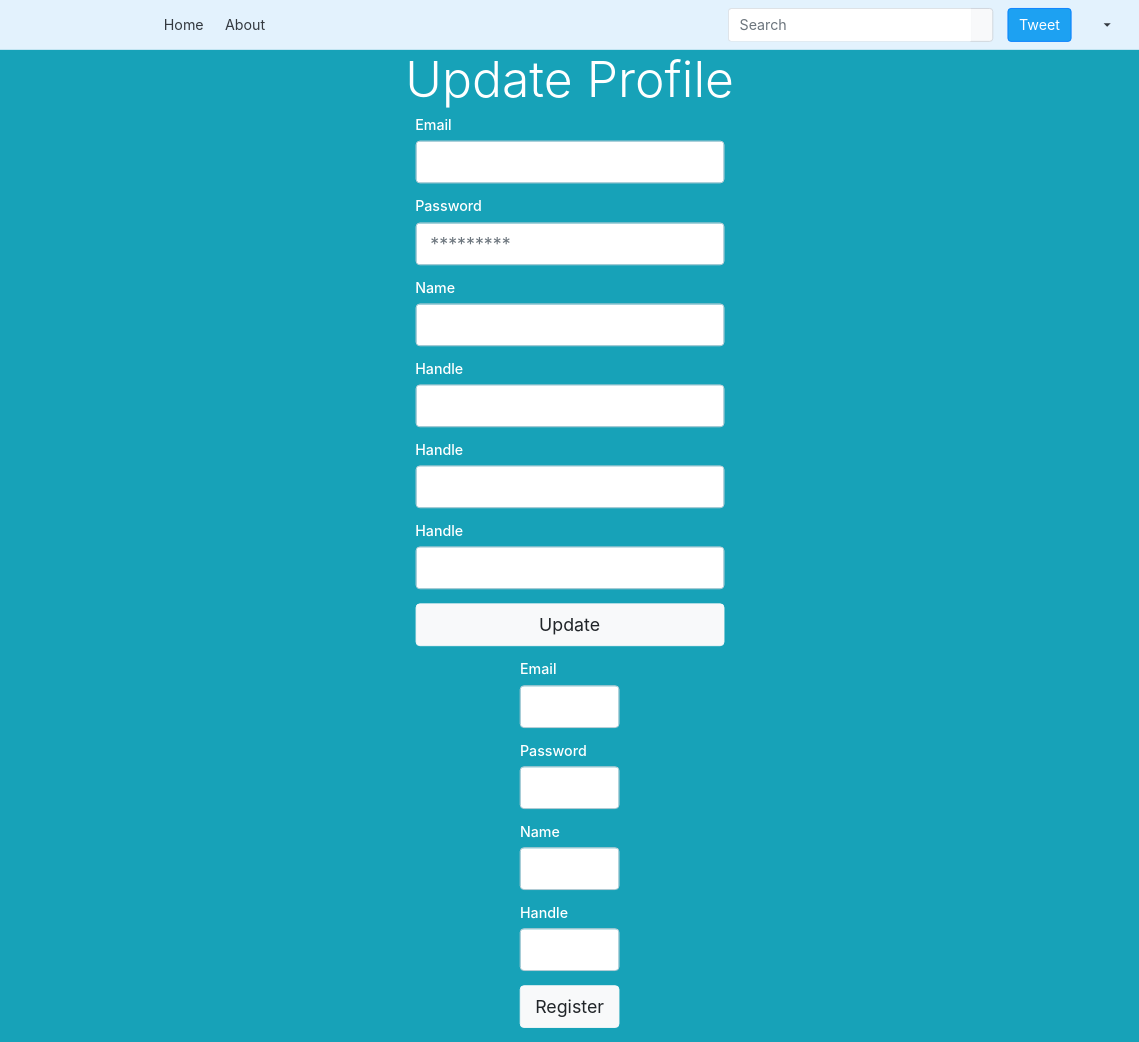
Repository: Pranit24/retweet
Page: http://localhost/Twitter/WEB-INF/views/editProfile.jsp
These files come from the project's save history. The page is drawn as it stood at one moment and after the next save; the edit follows.
The browser window is 1280 px wide. The pictures show the whole page, at 89% of full size.
The page is served by Tomcat 9. Nobody is signed in. Other server files are loaded and not shown. The template is opened directly, without the code that normally fills it, so the values that code supplies are empty.

Above is the page before, as saved 2019-04-07 02:49:49.

### twitter_clone/Twitter/src/main/webapp/WEB-INF/views/editProfile.jsp
<%@ page language="java" contentType="text/html; charset=ISO-8859-1"
    pageEncoding="ISO-8859-1"%>
    <%@taglib uri="http://java.sun.com/jsp/jstl/core" prefix="c"%>
<!DOCTYPE html>
<html>
<head>
<meta charset="ISO-8859-1">
    <title>Update Profile</title>
    <link rel="stylesheet" href="<c:url value="/resources/css/bootstrap.css" />"/>
</head>
<body class="bg-info">
<nav class="navbar navbar-expand-md navbar-navbar-light" style="background-color: #e3f2fd;">

  <div class="collapse navbar-collapse" id="navbarSupportedContent">
    <ul class="nav navbar-nav mr-auto" style="margin-left: 10em">
      <li class="nav-item active mr-2">
        <a class="nav-link  text-dark" href="/twitter/"><span class="fas fa-home"></span>Home <span class="sr-only">(current)</span></a>
      </li>
      <li class="nav-item">
        <a class="nav-link  text-dark" href="#">About</a>
      </li>

    </ul>
    <form class="form-inline">
    	<div class="input-group">
            <input class="form-control py-2 border-right-0 border" type="search" placeholder="Search" id="example-search-input">
            <span class="input-group-append">
                <div class="input-group-text bg-light">
                <i class="fa fa-search"></i>
                </div>
            </span>
        </div>
    </form>

 <form class="form-inline" action="tweet/tweet.htm" method="get">

		<button type="submit" class="btn btn-primary mx-sm-3"  style="background-color: #1DA1F2">
   		<span class="fas fa-edit"></span> Tweet
		</button>
	</form>



<a class="nav-link dropdown-toggle text-dark" href="#" id="navbarDropdownMenuLink" data-toggle="dropdown" aria-haspopup="true" aria-expanded="false">
        <c:out value="${sessionScope['user-logged'].name}"/>
        </a>
        <div class="dropdown-menu dropdown-menu-right" aria-labelledby="navbarDropdownMenuLink">
          <a class="dropdown-item" href="${pageContext.request.contextPath}/profile.htm"><i class="fas fa-user-circle"></i>Profile</a>
          <a class="dropdown-item" href="${pageContext.request.contextPath}/register/edit.htm"><i class="fas fa-cog"></i>Settings</a>
          <a class="dropdown-item" href="${pageContext.request.contextPath}signout.htm"><i class="fas fa-sign-out-alt"></i>Sign Out</a>
        </div>
  </div>
</nav>

<div class="d-flex align-items-center flex-column justify-content-center h-100 bg-info text-white " id="header">
    <h1 class="display-4">Update Profile</h1>
    <form method="post" action="${pageContext.request.contextPath}/register/edit.htm">
        <div class="form-group">
            <h6>Email</h6>
            <input class="form-control form-control-lg" name="email" placeholder="<c:out value="${sessionScope['user-logged'].email}"/>" type="text">
        </div>
        <div class="form-group">
            <h6>Password</h6>
            <input class="form-control form-control-lg" name="password" placeholder="*********" type="password">
        </div>
        <div class="form-group">
            <h6>Name</h6>
            <input class="form-control form-control-lg" name="name" placeholder="<c:out value="${sessionScope['user-logged'].name}"/>" type="text">
        </div>
        <div class="form-group">
            <h6>Handle</h6>
            <input class="form-control form-control-lg" name="handle" placeholder="<c:out value="${sessionScope['user-logged'].handle}"/>" type="text">
        </div>
        <div class="form-group">
            <h6>Handle</h6>
            <input class="form-control form-control-lg" name="handle" placeholder="<c:out value="${sessionScope['user-logged'].handle}"/>" type="text">
        </div>
        <div class="form-group">
            <h6>Handle</h6>
            <input class="form-control form-control-lg" name="handle" placeholder="<c:out value="${sessionScope['user-logged'].handle}"/>" type="text">
        </div>


        <div class="form-group">
            <button class="btn btn-light btn-lg btn-block">Update</button>
        </div>
    </form>
    <form:form action="${pageContext.request.contextPath}/register/edit.htm" method="post" modelAttribute="update">
        <div class="form-group">
        	<h6>Email</h6>
            <form:input class="form-control form-control-lg" path="email" placeholder="john.doe@gmail.com" type="text"/>
        </div>
        <div class="form-group">
        	<h6>Password</h6>
            <form:input class="form-control form-control-lg" path="password" placeholder="*******" type="password"/>
        </div>
        <div class="form-group">
            <h6>Name</h6>
            <form:input class="form-control form-control-lg" path="name" placeholder="John Doe" type="text"/>
        </div>
        <div class="form-group">
            <h6>Handle</h6>
            <form:input class="form-control form-control-lg" path="handle" placeholder="@johndoe" type="text"/>
        </div>
        <div class="form-group">
            <button class="btn btn-light btn-lg btn-block">Register</button>
        </div>
    </form:form>

</div>


</body>
</html>

Loaded but not shown: twitter_clone/Twitter/src/main/webapp/resources/css/bootstrap.css (library)

After the next save:
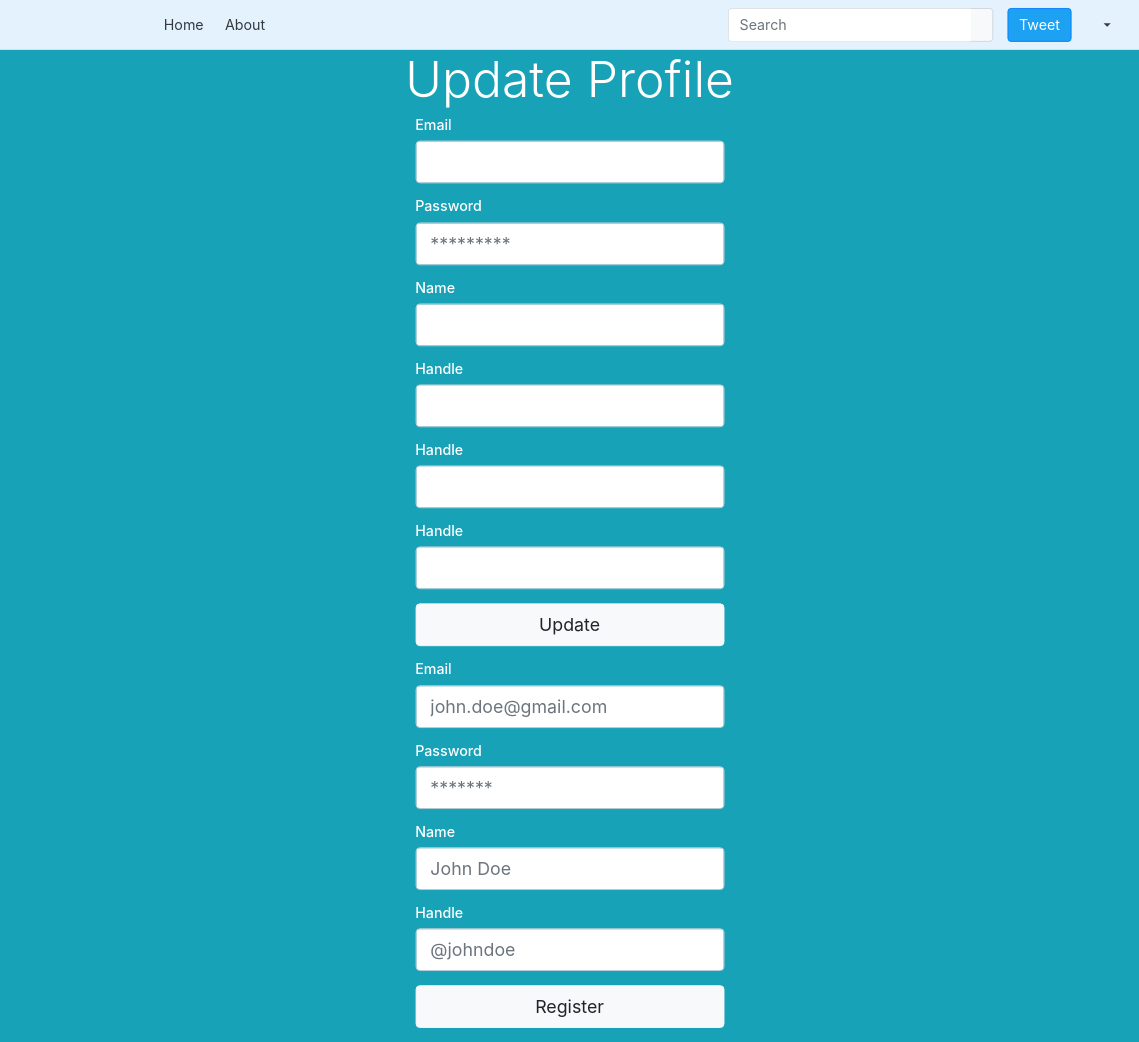
Saved 9 s later.
--- a/twitter_clone/Twitter/src/main/webapp/WEB-INF/views/editProfile.jsp
+++ b/twitter_clone/Twitter/src/main/webapp/WEB-INF/views/editProfile.jsp
@@ -1,6 +1,7 @@
 <%@ page language="java" contentType="text/html; charset=ISO-8859-1"
     pageEncoding="ISO-8859-1"%>
     <%@taglib uri="http://java.sun.com/jsp/jstl/core" prefix="c"%>
+    <%@taglib uri="http://www.springframework.org/tags/form" prefix="form"%>
 <!DOCTYPE html>
 <html>
 <head>
